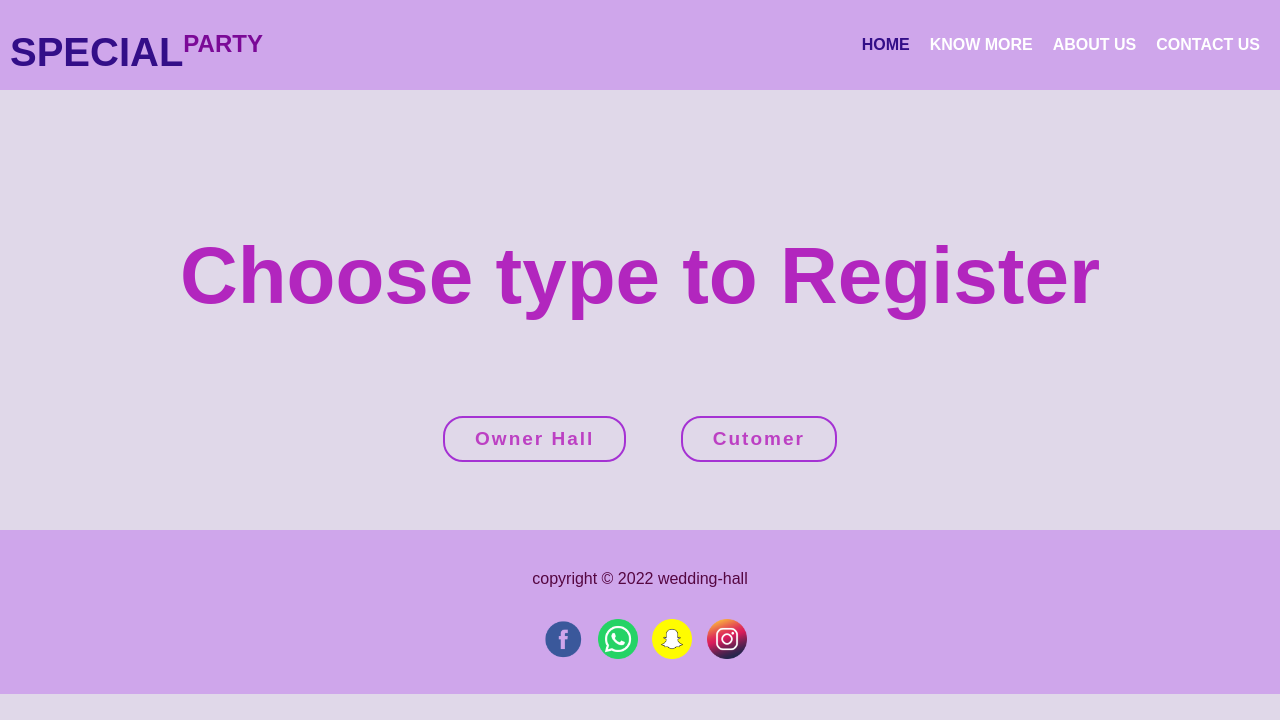
Repository: special4Party/Graduation-project-wedding-hall
Page: http://localhost/include/temp/choosing_type_signup.html
The author's editor kept a copy of each file at every save. The page is drawn from the files as they stood at one save, then again after the next save.
The browser window is 1280 px wide. The pictures show the whole page.
The page is run by PHP 8.4 with error messages shown; the project is at /var/www/html/.

Above is the page before, as saved 2022-04-14 14:38:36.

After the next save:
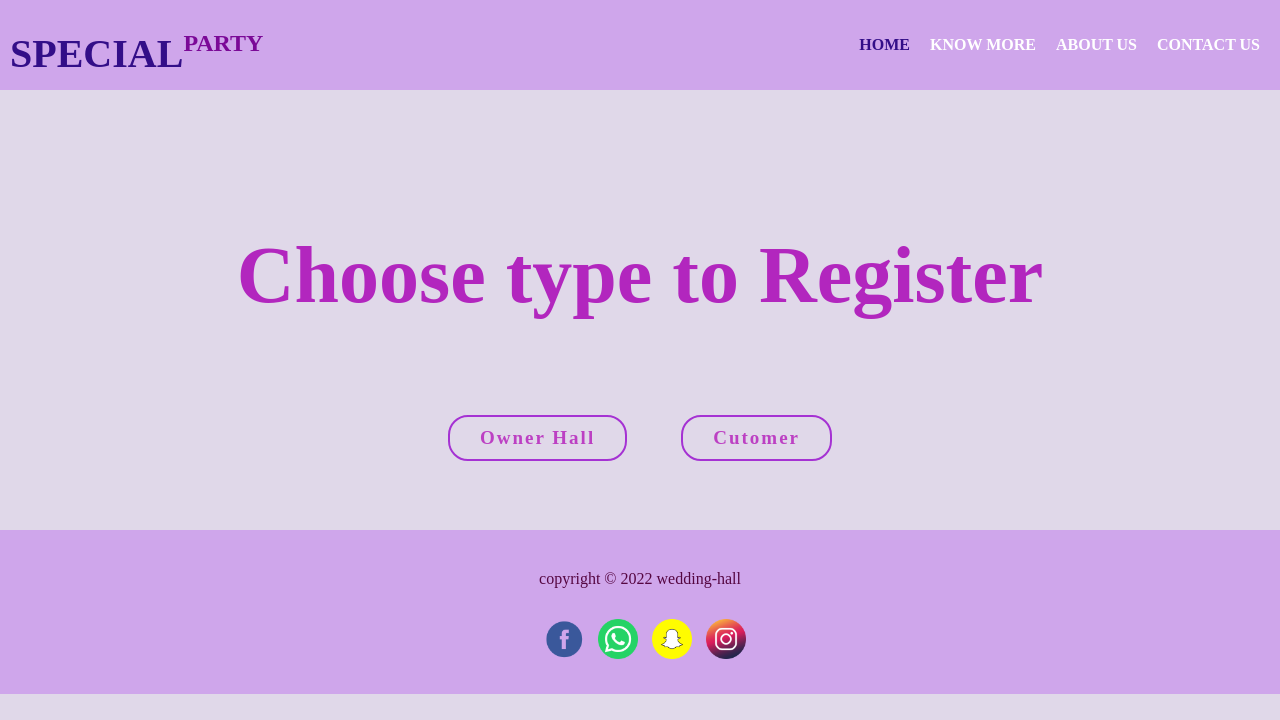
Saved 2 min 14 s later.
--- a/layout/css/type_signup.css
+++ b/layout/css/type_signup.css
@@ -1,6 +1,7 @@
 
 body{
     background-color: #cfc3dda2;
+    font-family: fantasy;
 }
 
 /* ----------------------------------------- */
